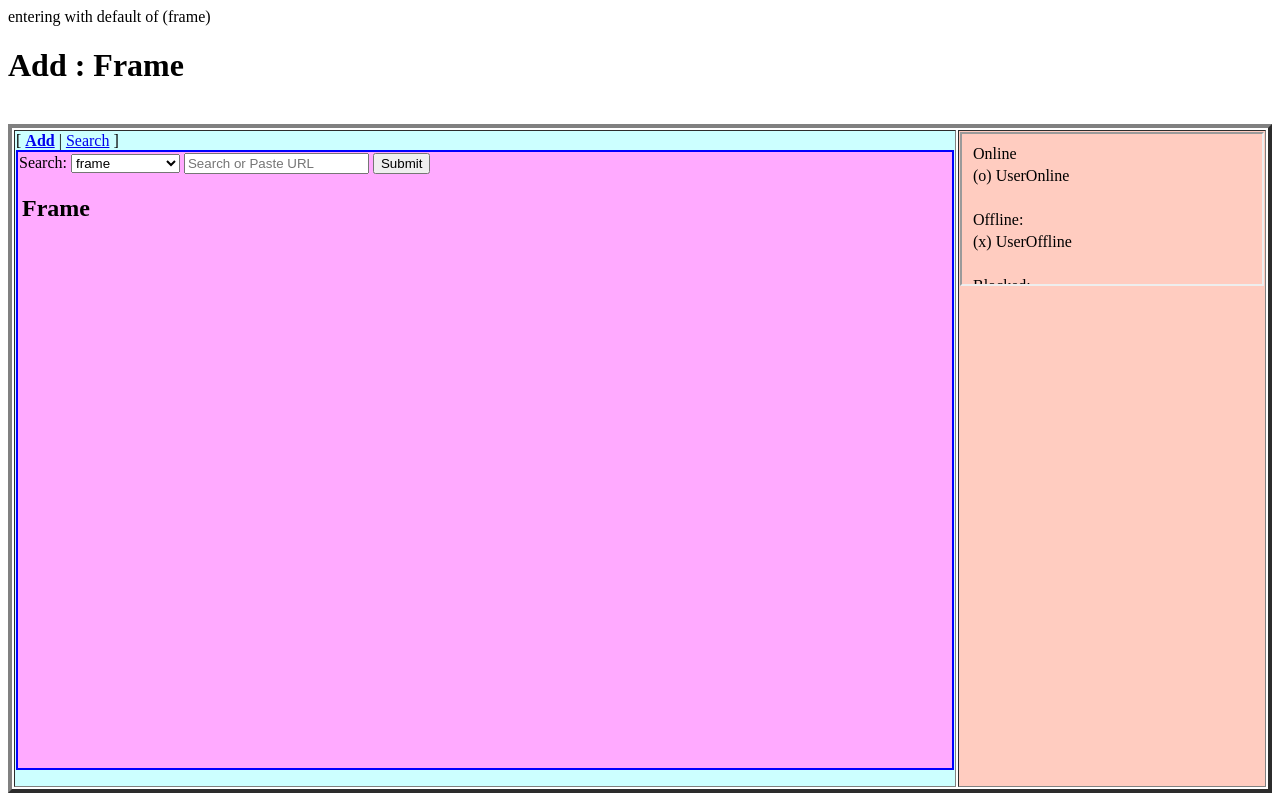
Repository: nevinleiby/SwapRC
Page: http://localhost/add_interface.php
These files come from the project's save history. The page is drawn as it stood at one moment and after the next save; the edit follows.
The browser window is 1280 px wide. The pictures show the whole page.
The page is run by PHP 8.4 with error messages shown; the project is at /var/www/html/. Queries for data that is not in the repository find no rows.

Above is the page before, as saved 2019-09-09 12:15:26.
Console error (its wording comes from the project's code and is left out).

After the next save:
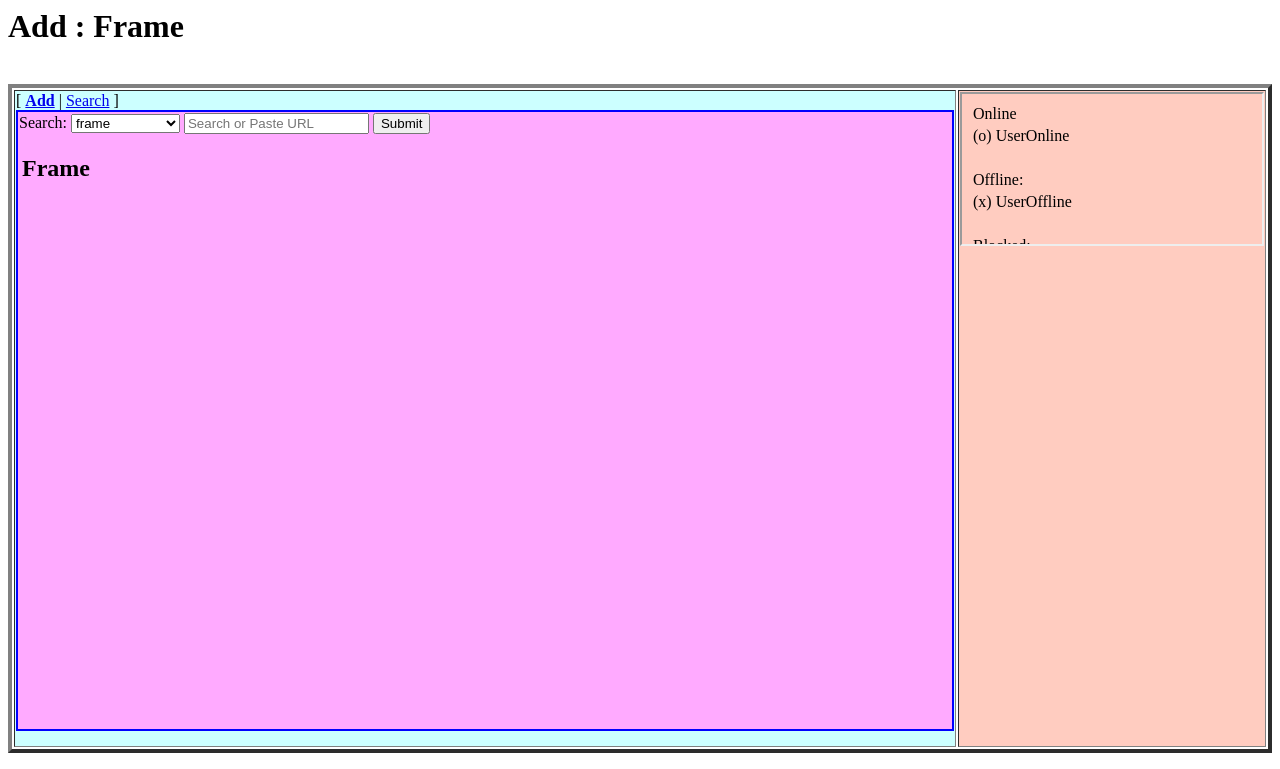
Saved 10 s later.
--- a/add_interface.php
+++ b/add_interface.php
@@ -299,7 +299,7 @@
     {
 
             //echo "category=($category), categories=(" . $categories['vtx'] . ')<br>';
-            echo "entering with default of ($category)";
+            //echo "entering with default of ($category)";
 
             $return_text = '';
             foreach ($categories as $curr_category)
